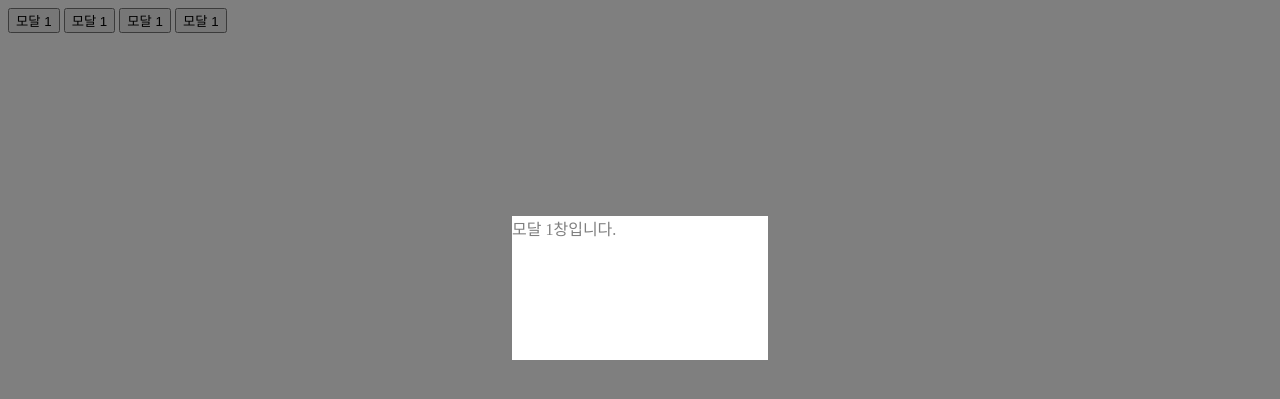
Repository: leetaehyeon123/SpringBaseSources
Page: http://localhost/modal/
These files come from the project's save history. The page is drawn as it stood at one moment and after the next save; the edit follows.
The browser window is 1280 px wide. The pictures show the whole page.
The page is served by Tomcat 9.

Above is the page before, as saved 2020-09-01 02:26:25.

After the next save:
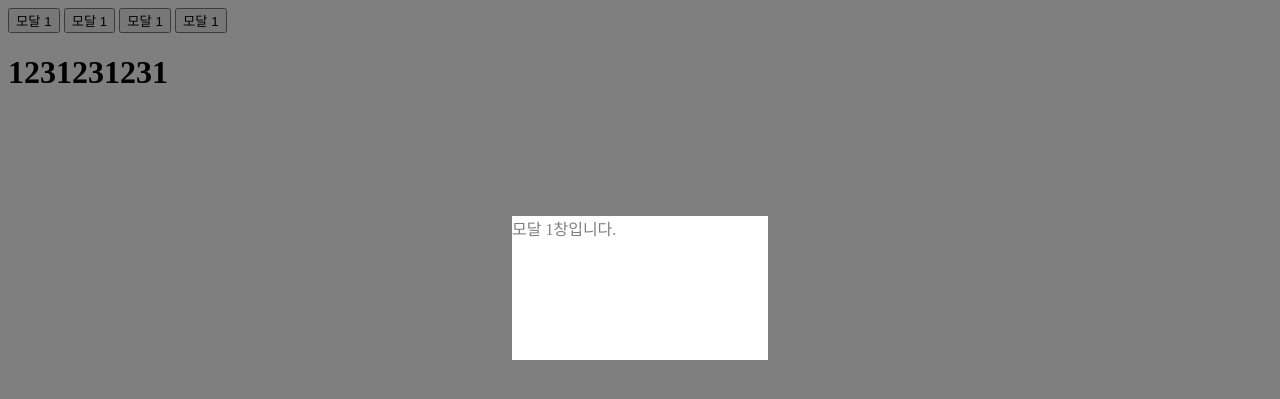
Saved 28 s later.
--- a/모달창 소스코드/modal/modal/src/main/webapp/WEB-INF/views/modal.jsp
+++ b/모달창 소스코드/modal/modal/src/main/webapp/WEB-INF/views/modal.jsp
@@ -22,6 +22,28 @@ function c1(){
 <input type="button" value="모달 1" onclick="modal1()">
 <input type="button" value="모달 1" onclick="modal1()">
 <input type="button" value="모달 1" onclick="modal1()">
+<h1></h1>
+<h1></h1>
+<h1></h1>
+<h1></h1>
+<h1></h1>
+<h1></h1>
+<h1></h1>
+<h1></h1>
+<h1></h1>
+<h1></h1>
+<h1></h1>
+<h1></h1>
+<h1></h1>
+<h1></h1>
+<h1></h1>
+<h1></h1>
+<h1></h1>
+<h1></h1>
+<h1></h1>
+<h1></h1>
+<h1></h1>
+<h1>1231231231</h1>
 
 
 	<div class="modal1,modal"  style="width: 100% ; height: 100vh ; background-color: black; position: fixed; left: 0px; top:0px; opacity: 0.5;">
